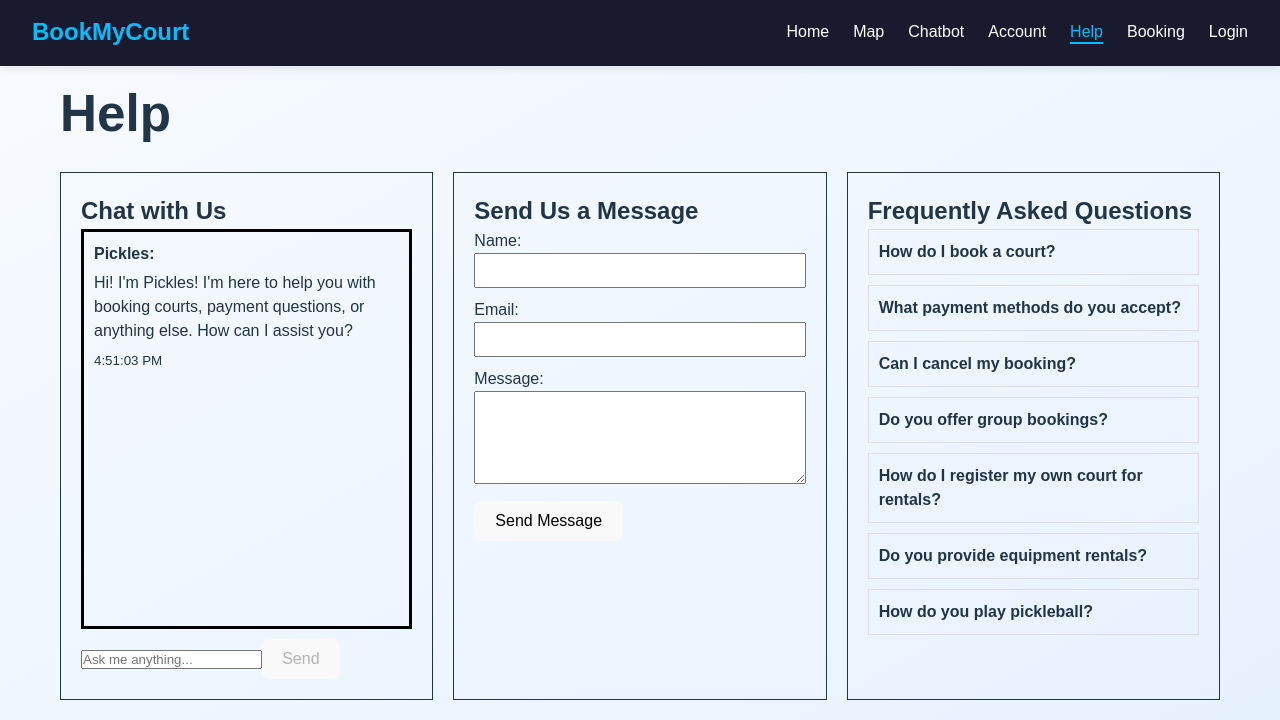
Repository: beyondparthiv/webdev-finalproject-bookmycourt
Page: /help (app in client/)
The author's editor kept a copy of each file at every save. The page is drawn from the files as they stood at one save, then again after the next save.
The browser window is 1280 px wide. The pictures show the whole page.
The page's requests for data from a server got no answer. An inner scrolling area shows only its first screen. The project was rebuilt for these pictures with package versions that can differ from the ones it lists, and the page was loaded fresh each time. No one was signed in, and anything a server would have sent is missing. Also part of the build but not shown: client/vite.config.ts, client/src/pages/Home.tsx, client/src/pages/Booking.css, client/src/pages/Booking.tsx, client/src/pages/Account.tsx, client/src/pages/Login.tsx, client/src/pages/Map.tsx.

Above is the page before, as saved 2025-12-01 16:47:04.

### client/src/App.tsx
import { BrowserRouter as Router, Routes, Route } from "react-router-dom";
import Navbar from "./components/Navbar";
import Home from "./pages/Home";
import Booking from "./pages/Booking";
import Account from "./pages/Account";
import Login from "./pages/Login";
import Map from "./pages/Map";
import "./index.css";
import { Contact } from "./pages/Chatbot+Contact/Contact";

function App() {
  return (
    <Router>
      <Navbar />
      <Routes>
        <Route path="/" element={<Home />} />
        <Route path="/booking" element={<Booking />} />
        <Route path="/account" element={<Account />} />
        <Route path="/help" element={<Contact />} />
        <Route path="/login" element={<Login />} />
        <Route path="/map" element={<Map />} />
      </Routes>
    </Router>
  );
}
export default App;

### client/src/components/Navbar.tsx
import React from "react";
import { Link, useLocation } from "react-router-dom";
import "./Navbar.css";

const Navbar: React.FC = () => {
  const location = useLocation();
  return (
    <nav className="navbar">
      <div className="logo">BookMyCourt</div>
      <ul>
        <li className={location.pathname === "/" ? "active" : ""}><Link to="/">Home</Link></li>
        <li className={location.pathname === "/map" ? "active" : ""}><Link to="/map">Map</Link></li>
        <li className={location.pathname === "/chatbot" ? "active" : ""}><Link to="/chatbot">Chatbot</Link></li>
        <li className={location.pathname === "/account" ? "active" : ""}><Link to="/account">Account</Link></li>
        <li className={location.pathname === "/help" ? "active" : ""}><Link to="/help">Help</Link></li>
        <li className={location.pathname === "/booking" ? "active" : ""}><Link to="/booking">Booking</Link></li>
        <li className={location.pathname === "/login" ? "active" : ""}><Link to="/login">Login</Link></li>
      </ul>
    </nav>
  );
};
export default Navbar;

### client/src/pages/Chatbot+Contact/Contact.tsx
import React, { useEffect, useState } from 'react';
import { Chatbot } from './Chatbot';
import { ContactForm } from './ContactForm';
import { FAQ } from './FAQ';

// Import at the top of the file
class GeminiService {
  private baseURL = 'https://generativelanguage.googleapis.com/v1beta/models';
  private apiKey: string;

  constructor(apiKey: string) {
    this.apiKey = apiKey;
  }

  async getChatResponse(userMessage: string, conversationHistory: any[]): Promise<string> {
    const url = `${this.baseURL}/gemini-2.0-flash-lite:generateContent?key=${this.apiKey}`;

    const recentHistory = conversationHistory
      .slice(-5)
      .map(msg => `${msg.role}: ${msg.content}`)
      .join('\n');

    const prompt = `You are a helpful chatbot for a pickleball court booking website.

IMPORTANT PAGES AND INFO:
- Homepage: Click "Book My Court" button to book courts
- Payment: We accept Visa, Mastercard, Apple Pay, and PayPal
- Rules Page: Has pickleball rules and guidelines
- About Page: Information about our facility
- Contact Page: Contact information and location

When users ask about:
- Booking → Tell them to go to the homepage and click "Book My Court"
- Payment → List the payment methods we accept (Visa, Mastercard, Apple Pay, PayPal)
- Rules → Tell them to visit the Rules page
- Hours/Location → Tell them to check the Contact page
- General info → Tell them to check the About page

Be conversational, friendly, and helpful. Keep responses concise (2-3 sentences max).

${recentHistory ? `Previous conversation:\n${recentHistory}\n` : ''}

User: ${userMessage}

Response (be helpful and concise):`;

    const requestBody = {
      contents: [{
        parts: [{ text: prompt }]
      }]
    };

    try {
      const response = await fetch(url, {
        method: 'POST',
        headers: {
          'Content-Type': 'application/json',
        },
        body: JSON.stringify(requestBody)
      });

      if (!response.ok) {
        throw new Error(`API error: ${response.status}`);
      }

      const data = await response.json();
      const aiResponse = data.candidates?.[0]?.content?.parts?.[0]?.text;

      if (!aiResponse) {
        throw new Error('No response from AI');
      }

      return aiResponse;
    } catch (error) {
      console.error('Gemini API Error:', error);
      throw error;
    }
  }
}

export const Contact: React.FC = () => {
  const [geminiService, setGeminiService] = useState<GeminiService | null>(null);

  useEffect(() => {
    // Initialize Gemini service with API key from .env to access AI Bot
    const apiKey = import.meta.env.VITE_GEMINI_API_KEY || '';
    console.log('API Key loaded:', apiKey ? 'Yes' : 'No');

    setGeminiService(new GeminiService(apiKey));
  }, []);

  if (!geminiService) {
    return <div>Loading...</div>;
  }

  return (
    <div style={{ padding: '20px', maxWidth: '1200px', margin: '0 auto' }}>
      <h1>Help</h1>

      <div style={{ display: 'grid', gridTemplateColumns: '1fr 1fr 1fr', gap: '20px', marginTop: '30px' }}>

       {/*Chatbot*/}
        <div style={{ border: '1px solid', padding: '20px' }}>
          <Chatbot geminiService={geminiService} />
        </div>

        {/* Contact Form */}
        <div style={{ border: '1px solid', padding: '20px' }}>
          <ContactForm />
        </div>

        {/* FAQ */}
        <div style={{ border: '1px solid', padding: '20px' }}>
          <FAQ />
        </div>

      </div>
    </div>
  );
};

### client/src/components/Navbar.css
.navbar {
  display: flex;
  justify-content: space-between;
  align-items: center;
  background-color: #1a1a2e;
  color: #fff;
  padding: 1rem 2rem;
}
.navbar .logo {
  font-weight: 700;
  color: #00bfff;
  font-size: 1.5rem;
}
.navbar ul {
  display: flex;
  list-style: none;
  gap: 1.5rem;
}
.navbar a {
  text-decoration: none;
  color: #fff;
  font-weight: 500;
}
.navbar .active a,
.navbar a:hover {
  color: #00bfff;
  border-bottom: 2px solid #00bfff;
  padding-bottom: 2px;
}

### client/src/pages/Home.css
/* Reset defaults */
* {
  margin: 0;
  padding: 0;
  box-sizing: border-box;
}

/* Body fills entire screen */
body,
html,
#root {
  width: 100%;
  height: 100%;
  font-family: 'Poppins', sans-serif;
  background: linear-gradient(to bottom right, #f8fbff, #e7f2ff);
  overflow-x: hidden;
}

/* Navbar styling */
nav {
  width: 100%;
  background-color: #111827;
  padding: 1rem 2rem;
  display: flex;
  justify-content: space-between;
  align-items: center;
  box-shadow: 0px 2px 10px rgba(0, 0, 0, 0.1);
}

/* Ensure main app container takes full width */
.app-container {
  width: 100%;
  min-height: calc(100vh - 80px);
  display: flex;
  flex-direction: column;
  align-items: center;
  justify-content: center;
  text-align: center;
}

/* Home page section */
.home-container {
  width: 100%;
  min-height: calc(100vh - 80px);
  display: flex;
  flex-direction: column;
  justify-content: center;
  align-items: center;
  background: linear-gradient(to bottom right, #eef5ff, #dbeafe);
  padding: 2rem;
  text-align: center;
}

/* Headings and text */
.home-container h1 {
  font-size: 3rem;
  font-weight: 700;
  color: #1e293b;
  margin-bottom: 1rem;
}

.home-container h1 span {
  color: #007bff;
}

.home-container p {
  font-size: 1.2rem;
  color: #475569;
  margin-bottom: 2rem;
}

/* Button */
.home-container button {
  background-color: #007bff;
  color: white;
  border: none;
  padding: 0.8rem 2rem;
  border-radius: 8px;
  font-size: 1rem;
  cursor: pointer;
  transition: all 0.3s ease;
}

.home-container button:hover {
  background-color: #0056b3;
  transform: translateY(-2px);
}

/* Responsive */
@media (max-width: 768px) {
  .home-container h1 {
    font-size: 2.2rem;
  }

  .home-container p {
    font-size: 1rem;
  }

  .home-container button {
    padding: 0.7rem 1.5rem;
  }
}

### client/src/pages/Chatbot+Contact/Chatbot.tsx
import React, { useState, useRef, useEffect } from 'react';

export interface ChatMessage {
  role: 'user' | 'assistant';
  content: string;
  timestamp: Date;
}
interface ChatbotProps {
  geminiService: any; //GeminiService from GeminiClient.ts
}

export const Chatbot: React.FC<ChatbotProps> = ({ geminiService }) => {
  const [messages, setMessages] = useState<ChatMessage[]>([
    {
      role: 'assistant',
      content: 'Hi! I\'m Pickles! I\'m here to help you with booking courts, payment questions, or anything else. How can I assist you?',
      timestamp: new Date()
    }
  ]);
  const [inputValue, setInputValue] = useState('');
  const [isLoading, setIsLoading] = useState(false);
  const messagesEndRef = useRef<HTMLDivElement>(null);

  // Auto-scroll to latest message
  const scrollToBottom = () => {
    messagesEndRef.current?.scrollIntoView({ behavior: 'smooth' });
  };

  useEffect(() => {
    scrollToBottom();
  }, [messages]);

  const handleSend = async () => {
    if (!inputValue.trim() || isLoading) return;

    // Add message from user
    const userMessage: ChatMessage = {
      role: 'user',
      content: inputValue,
      timestamp: new Date()
    };

    setMessages(prev => [...prev, userMessage]);
    setInputValue('');
    setIsLoading(true);

    try {
      // Call Gemini API
      const response = await geminiService.getChatResponse(inputValue, messages);

      // Add assistant response
      const assistantMessage: ChatMessage = {
        role: 'assistant',
        content: response,
        timestamp: new Date()
      };

      setMessages(prev => [...prev, assistantMessage]);
    } catch (error) {
      console.error('Error getting chat response:', error);
      const errorMessage: ChatMessage = {
        role: 'assistant',
        content: 'Sorry, I encountered an error. Please try again.',
        timestamp: new Date()
      };
      setMessages(prev => [...prev, errorMessage]);
    } finally {
      setIsLoading(false);
    }
  };

  const handleKeyPress = (e: React.KeyboardEvent) => {
    if (e.key === 'Enter' && !e.shiftKey) {
      e.preventDefault();
      handleSend();
    }
  };

  return (
    <div>
      <h2>Chat with Us</h2>

      <div style={{ border: '3px solid black', height: '400px', padding: '10px' }}>
        {messages.map((message, index) => (
          <div key={index} style={{ marginBottom: '10px', textAlign: message.role === 'user' ? 'right' : 'left' }}>
            <div>
              <strong>{message.role === 'user' ? 'You' : 'Pickles'}:</strong>
              <p style={{ margin: '5px 0' }}>{message.content}</p>
              <small>{message.timestamp.toLocaleTimeString()}</small>
            </div>
          </div>
        ))}
        {isLoading && (
          <div style={{ marginBottom: '10px', textAlign: 'left' }}>
            <em>Pickles is thinking...</em>
          </div>
        )}
        <div ref={messagesEndRef} />
      </div>

      <div style={{ marginTop: '10px' }}>
        <input
          type="text"
          value={inputValue}
          onChange={(e) => setInputValue(e.target.value)}
          placeholder="Ask me anything..."
          disabled={isLoading}
        />
        <button
          onClick={handleSend}
          disabled={isLoading || !inputValue.trim()} //trimming ending whitespaces
        >
          Send
        </button>
      </div>
    </div>
  );
};

### client/src/pages/Chatbot+Contact/ContactForm.tsx
import React, { useState } from 'react';

export const ContactForm: React.FC = () => {
  const [name, setName] = useState('');
  const [email, setEmail] = useState('');
  const [message, setMessage] = useState('');
  const [showAlert, setShowAlert] = useState(false);

  const handleSubmit = (e: React.FormEvent) => {
    e.preventDefault();

    // Show popup instead of actually sending email
    setShowAlert(true);

    // Clear form
    setName('');
    setEmail('');
    setMessage('');

  };

  return (
    <div>
      <h2>Send Us a Message</h2>

      {showAlert && (
        <div style={{
          background: '#00bae4ff',
          border: '1px solid #05017cff',
          padding: '15px',
          marginBottom: '20px',
          borderRadius: '5px'
        }}>
          <strong>Message sent!</strong> We will respond soon. In the meantime, check out our FAQs or ask Pickles for additional help!
        </div>
      )}

      <form onSubmit={handleSubmit}>
        <div style={{ marginBottom: '10px' }}>
          <label>Name:</label><br />
          <input
            type="text"
            value={name}
            onChange={(e) => setName(e.target.value)}
            required
            style={{ width: '100%', padding: '8px' }}
          />
        </div>

        <div style={{ marginBottom: '10px' }}>
          <label>Email:</label><br />
          <input
            type="email"
            value={email}
            onChange={(e) => setEmail(e.target.value)}
            required
            style={{ width: '100%', padding: '8px' }}
          />
        </div>

        <div style={{ marginBottom: '10px' }}>
          <label>Message:</label><br />
          <textarea
            value={message}
            onChange={(e) => setMessage(e.target.value)}
            required
            rows={5}
            style={{ width: '100%', padding: '8px' }}
          />
        </div>

        <button type="submit" style={{ padding: '10px 20px' }}>
          Send Message
        </button>
      </form>
    </div>
  );
};

### client/src/pages/Chatbot+Contact/FAQ.tsx
import React, { useState } from 'react';

interface FAQItem {
  question: string;
  answer: string;
}

export const FAQ: React.FC = () => {
  const [openIndex, setOpenIndex] = useState<number | null>(null);

  const faqs: FAQItem[] = [
    {
      question: "How do I book a court?",
      answer: "Go to the homepage and click the 'Book My Court' button. You'll be able to see available time slots and make a reservation."
    },
    {
      question: "What payment methods do you accept?",
      answer: "We accept Visa, Mastercard, Apple Pay, and PayPal. PLEASE NOTE: This is a demo site; no actual payments are processed."
    },
    {
      question: "Can I cancel my booking?",
      answer: "Yes! You can cancel up to 24 hours before your booking time for a full refund."
    },
    {
      question: "Do you offer group bookings?",
      answer: "Yes, please contact us for group rates and special event bookings."
    },
    {
      question: "How do I register my own court for rentals?",
      answer: "We offer a service for court owners to list their courts. Please reach out to us via the contact form for more information."
    },
    {
      question: "Do you provide equipment rentals?",
      answer: "No, you are required to bring your own pickleball equipment."
    },
    {
      question: "How do you play pickleball?",
      answer: "Pickleball is played with a paddle and a plastic ball with holes. You can find detailed rules on our Rules page."
    }
  ];

  const toggleFAQ = (index: number) => {
    setOpenIndex(openIndex === index ? null : index);
  };

  return (
    <div>
      <h2>Frequently Asked Questions</h2>

      {faqs.map((faq, index) => (
        <div key={index} style={{ marginBottom: '10px', border: '1px solid #ddd', padding: '10px' }}>
          <div
            onClick={() => toggleFAQ(index)}
            style={{ cursor: 'pointer', fontWeight: 'bold' }}
          >
            {faq.question}
          </div>

          {openIndex === index && (
            <div style={{ marginTop: '10px', paddingLeft: '10px' }}>
              {faq.answer}
            </div>
          )}
        </div>
      ))}
    </div>
  );
};

### client/src/pages/Chatbot+Contact/Rules.tsx
import React from 'react';
import { Link } from 'react-router-dom';
export const Rules: React.FC = () => {
  return (
    <div>
      <h2>How to Play Pickleball</h2>
        <p>Pickleball is played with a paddle and a plastic ball with holes. Here are the basic rules:</p>
        <ul>
          <li>The game can be played as singles or doubles.</li>
          <li>The serve must be made underhand and diagonally cross-court.</li>
          <li>Points can only be scored by the serving team.</li>
          <li>The ball must bounce once on each side before volleys are allowed.</li>
          <li>The non-volley zone (kitchen) is a 7-foot area on both sides of the net where volleys are not allowed.</li>
          <li>Games are typically played to 11 points, and a team must win by 2 points.</li>
        </ul>
        <p>For more detailed rules, please refer to the official Pickleball <Link to="https://usapickleball.org/rules/">rulebook</Link>.</p>
    </div>
  );
};

Loaded but not shown: client/index.html (common file); client/src/main.tsx (common file); client/src/index.css (common file)

After the next save:
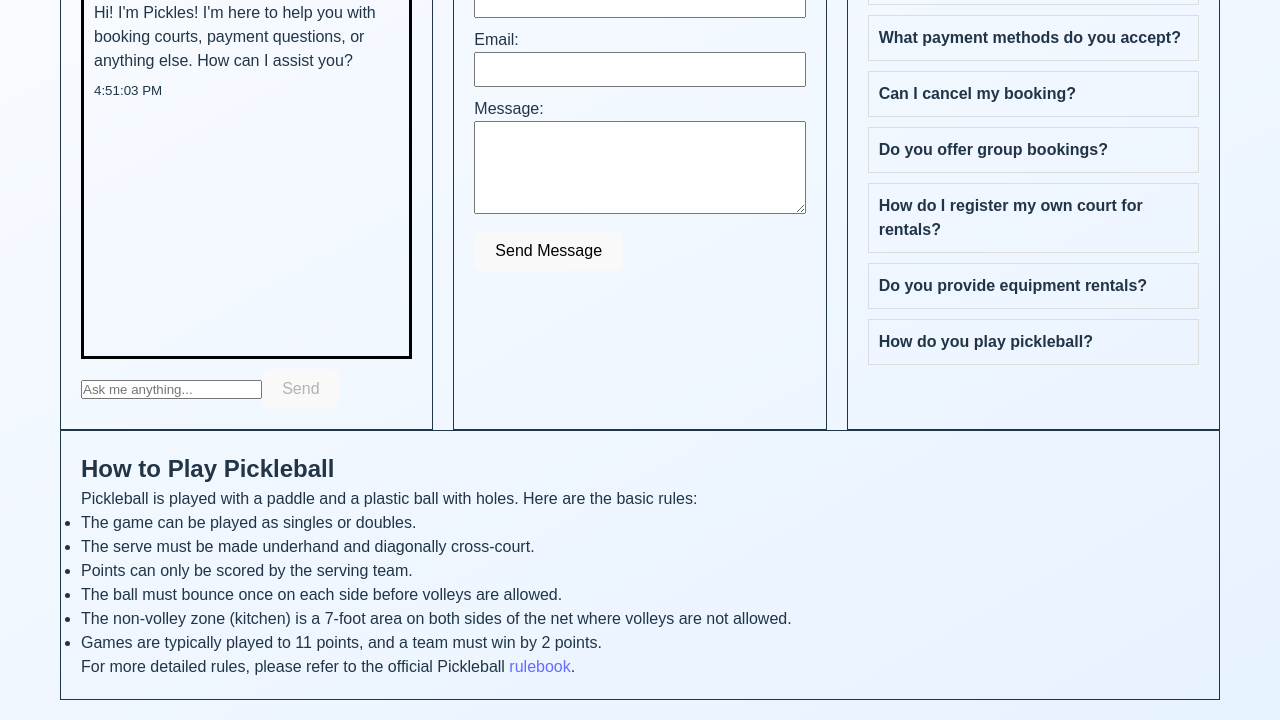
Saved 1 s later.
--- a/client/src/pages/Chatbot+Contact/Contact.tsx
+++ b/client/src/pages/Chatbot+Contact/Contact.tsx
@@ -2,6 +2,7 @@ import React, { useEffect, useState } from 'react';
 import { Chatbot } from './Chatbot';
 import { ContactForm } from './ContactForm';
 import { FAQ } from './FAQ';
+import { Rules } from './Rules';
 
 // Import at the top of the file
 class GeminiService {
@@ -115,6 +116,10 @@ export const Contact: React.FC = () => {
         </div>
 
       </div>
+       {/* Rules of pickleball */}
+        <div style={{ border: '1px solid', padding: '20px' }}>
+          <Rules />
+        </div>
     </div>
   );
 };
